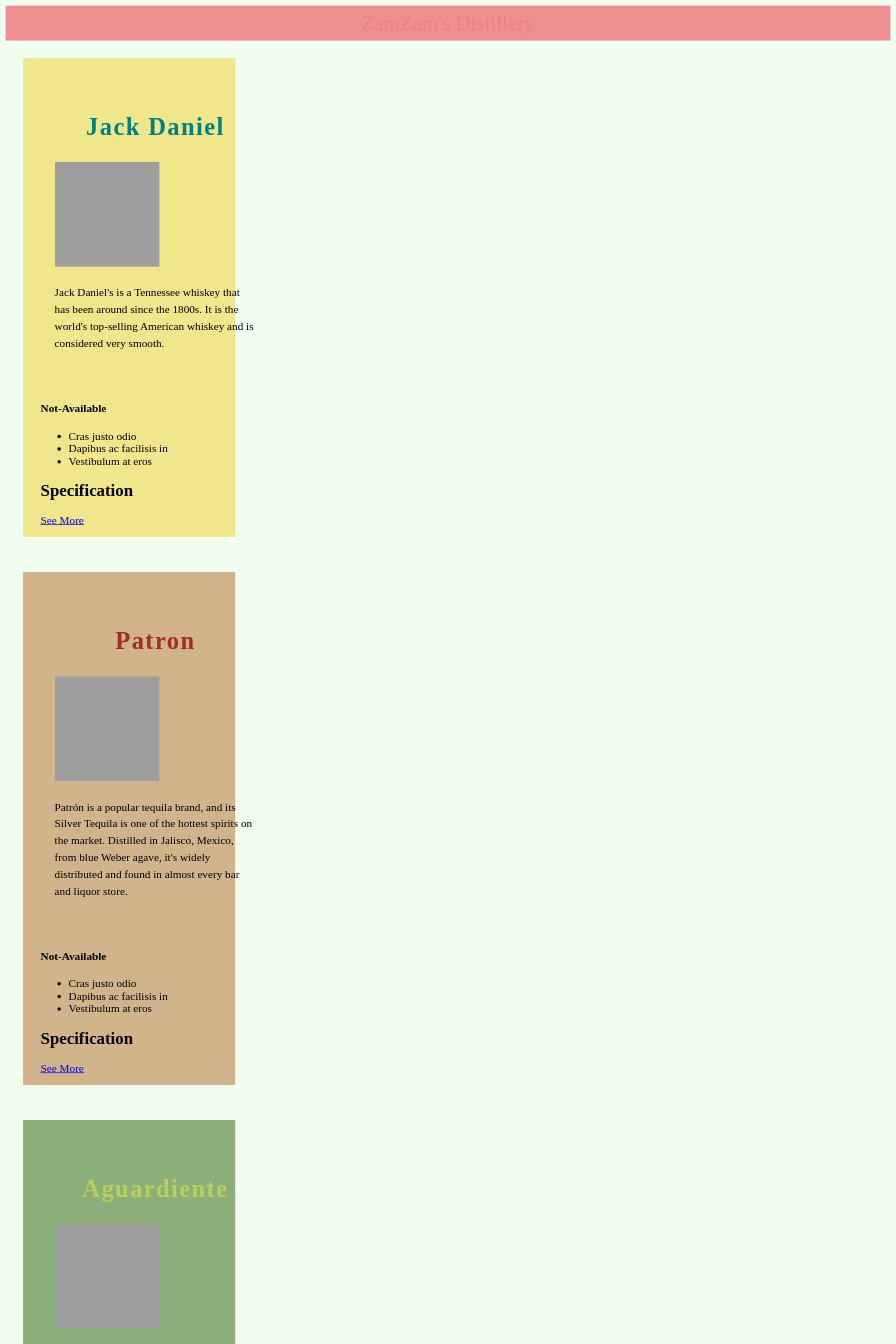
Repository: ZamlZam/REPO-11
Page: product-cards/index.html
These files come from the project's save history. The page is drawn as it stood at one moment and after the next save; the edit follows.
The browser window is 1280 px wide. The pictures show the part of the page from y = 0 to 1920 px (the page is 4002 px tall), at 70% of full size.
Pictures or frames that could not be fetched are drawn as grey boxes.

Above is the page before, as saved 2023-04-14 20:44:23.

### product-cards/index.html
<!DOCTYPE html>
<html lang="en">
<head>
  <meta charset="UTF-8">
  <meta http-equiv="X-UA-Compatible" content="IE=edge">
  <meta name="viewport" content="width=device-width, initial-scale=1.0">
  <title>Document</title>
  <link rel="stylesheet" href="main.css">
</head>
<body>

  <div class ="wrapper">
    <div class="header"> ZamZam's Distillery</div>

  <div class="card-wrap">
    <div class="card-item">
    <div class="card1" style="width: 18rem;">
      <h2 class="whiskey">Jack Daniel</h2>
     <img src="https://www.finewinedelivery.co.nz/content/products/original/16561.jpg?width=1136" height = "150px" width="150px" alt="">
    <div class="card-body">

      <p class="card-text">Jack Daniel's is a Tennessee whiskey that has been around since the 1800s. It is the world's top-selling American whiskey and is considered very smooth.</p>
    </div>
  </div>
    <h4 class="Available">Not-Available</h4>
    <ul class="list-group list-group-flush">
      <li class="list-group-item">Cras justo odio</li>
      <li class="list-group-item">Dapibus ac facilisis in</li>
      <li class="list-group-item">Vestibulum at eros</li>
    </ul>
    <h2 class="specification">Specification</h2>
    <div class="card-body">
      <a href="#" class="btn btn-primary">See More</a>

    </div>
  </div>
  </div>
  </div>

  <div class="card-wrap2">
    <div class="card-item2">
    <div class="card2" style="width: 18rem;">
      <h2 class="tequila">Patron</h2>
     <img src="https://th.bing.com/th/id/OIP.omD1u9-5BvE0kcntTUyq4AHaGJ?pid=ImgDet&rs=1" height = "150px" width="150px" alt="">
    <div class="card-body2">

      <p class="card-text2">Patrón is a popular tequila brand, and its Silver Tequila is one of the hottest spirits on the market. Distilled in Jalisco, Mexico, from blue Weber agave, it's widely distributed and found in almost every bar and liquor store.</p>
    </div>
  </div>
    <h4 class="Available">Not-Available</h4>
    <ul class="list-group list-group-flush">
      <li class="list-group-item">Cras justo odio</li>
      <li class="list-group-item">Dapibus ac facilisis in</li>
      <li class="list-group-item">Vestibulum at eros</li>
    </ul>
    <h2 class="specification">Specification</h2>
    <div class="card-body">
      <a href="#" class="btn btn-primary">See More</a>

    </div>
  </div>
  </div>
</div>

<div class="card-wrap3">
  <div class="card-item3">
  <div class="card3" style="width: 18rem;">
    <h2 class="rum">Aguardiente</h2>
   <img src="https://s.cornershopapp.com/product-images/1050370.jpg?versionId=xuP.iP5MiWyH4wgZVeVdTTerM65pvh4C" height = "150px" width="150px" alt="">
  <div class="card-body3">

    <p class="card-text3">In Colombia, aguardiente is an anise -flavoured liqueur derived from sugar cane, popular in the Andean region. Each department of Colombia holds the rights to produce it, but aguardiente produced in one region can not be sold in another.</p>
  </div>
</div>
  <h4 class="Available">Not-Available</h4>
  <ul class="list-group list-group-flush">
    <li class="list-group-item">Cras justo odio</li>
    <li class="list-group-item">Dapibus ac facilisis in</li>
    <li class="list-group-item">Vestibulum at eros</li>
  </ul>
  <h2 class="specification">Specification</h2>
  <div class="card-body">
    <a href="#" class="btn btn-primary">See More</a>

  </div>
</div>
</div>
</div>

<div class="card-wrap4">
  <div class="card-item4">
  <div class="card4" style="width: 18rem;">
    <h2 class="Vodka">Vodka</h2>
   <img src="https://th.bing.com/th/id/OIP.A0LuDfu3pj8rYBoiSEGyLwHaNo?pid=ImgDet&rs=1" height = "150px" width="150px" alt="">
  <div class="card-body4">

    <p class="card-text4">Grey Goose Vodka is a premium vodka, born of an extraordinary passion for spirit-making. It is created using only the finest French ingredients the highest-grade wheat and pristine limestone-filtered spring water. It is a spirit of uncommon brilliance, unrivaled craftsmanship and signature smoothness and is an excellent choice as a gift.</p>
  </div>
</div>
  <h4 class="Available">Not-Available</h4>
  <ul class="list-group list-group-flush">
    <li class="list-group-item">Cras justo odio</li>
    <li class="list-group-item">Dapibus ac facilisis in</li>
    <li class="list-group-item">Vestibulum at eros</li>
  </ul>
  <h2 class="specification">Specification</h2>
  <div class="card-body">
    <a href="#" class="btn btn-primary">See More</a>

  </div>
</div>
</div>
</div>

<div class="card-wrap5">
  <div class="card-item5">
  <div class="card5" style="width: 18rem;">
    <h2 class="Sake">Sake</h2>
   <img src="https://www.wespeakwine.com/resize/Shared/Images/Product/Ohyama-Tokubetsu-Junmai-Nigori-Big-Mountain-Cloudy-Sake-500ML/ohyama_nigori_bottle.jpg?lr=t&bw=600&bh=600" height = "150px" width="150px" alt="">
  <div class="card-body5">

    <p class="card-text5">Commonly referred to as "unfiltered" sake, nigori literally means "cloudy," and refers to sake that still contains rice solids that have not fermented. Although there are a wide range of nigorizakes available in the US today, most of them tend to be cream</p>
  </div>
</div>
  <h4 class="Available">Not-Available</h4>
  <ul class="list-group list-group-flush">
    <li class="list-group-item">Cras justo odio</li>
    <li class="list-group-item">Dapibus ac facilisis in</li>
    <li class="list-group-item">Vestibulum at eros</li>
  </ul>
  <h2 class="specification">Specification</h2>
  <div class="card-body">
    <a href="#" class="btn btn-primary">See More</a>

  </div>
</div>
</div>
</div>
</body>


</html>

### product-cards/main.css
body{
  background-color:honeydew;
}

.wrapper .header {
  width: 100%;
  height: 50px;
  background: rgb(238, 144, 144);
  color: lightcoral;
  text-align: center;
  align-items: center;
  font-size: 30px;
  display:flex;
  justify-content: center;
  font-weight:500;
}

.card-wrap {
  padding: 25px;

  width: 20%;
  height: 100%;
  display: flex;
  justify-content: space-between;
  flex-wrap: wrap;
}

.card-wrap .card-item {
  padding: 15px 25px;
  width: 100%;
  background-color:khaki;
}

.card-wrap .card1 {
  padding: 35px 20px;
  border-radius: 5px;
  min-width: 225px;
  min-height: 300px;

}

.card-wrap .card1 img{
  margin-bottom: 5px;



}

.card-wrap .card1 .whiskey{
  color:teal;
  font-weight: 900;
  letter-spacing: 2px;
  font-size: 35px;
  white-space: nowrap;
  justify-content: center;
  text-align: center;
  align-items: center;
}

.card-wrap .card1 .card-body{
  font-style: 14px;
  line-height: 24px;
  color:black;
}

/**/

.card-wrap2 {
  padding: 25px;

  width: 20%;
  height: 100%;
  display: flex;
  justify-content: space-between;
  flex-wrap: wrap;
}

.card-wrap2 .card-item2 {
  padding: 15px 25px;
  width: 100%;
  background-color:tan;
}

.card-wrap2 .card2 {
  padding: 35px 20px;
  border-radius: 5px;
  min-width: 225px;
  min-height: 300px;

}

.card-wrap2 .card2 img{
  margin-bottom: 5px;
}

.card-wrap2 .card2 .tequila{
  color:brown;
  font-weight: 900;
  letter-spacing: 2px;
  font-size: 35px;
  white-space: nowrap;
  justify-content: center;
  text-align: center;
  align-items: center;
}

.card-wrap2 .card2 .card-body2{
  font-style: 14px;
  line-height: 24px;
  color:black;
}

/**/

.card-wrap3 {
  padding: 25px;

  width: 20%;
  height: 100%;
  display: flex;
  justify-content: space-between;
  flex-wrap: wrap;
}

.card-wrap3 .card-item3 {
  padding: 15px 25px;
  width: 100%;
  background-color:rgb(140, 175, 124);
}

.card-wrap3 .card3 {
  padding: 35px 20px;
  border-radius: 5px;
  min-width: 225px;
  min-height: 300px;

}

.card-wrap3 .card3 img{
  margin-bottom: 5px;
}

.card-wrap3 .card3 .rum{
  color:rgb(190, 207, 89);
  font-weight: 900;
  letter-spacing: 2px;
  font-size: 35px;
  white-space: nowrap;
  justify-content: center;
  text-align: center;
  align-items: center;
}

.card-wrap3 .card3 .card-body3{
  font-style: 14px;
  line-height: 24px;
  color:black;
}


/**/

.card-wrap4 {
  padding: 25px;

  width: 20%;
  height: 100%;
  display: flex;
  justify-content: space-between;
  flex-wrap: wrap;
}

.card-wrap4 .card-item4 {
  padding: 15px 25px;
  width: 100%;
  background-color:rgb(214, 170, 74);
}

.card-wrap4 .card4 {
  padding: 35px 20px;
  border-radius: 5px;
  min-width: 225px;
  min-height: 300px;

}

.card-wrap4 .card4 img{
  margin-bottom: 5px;
}

.card-wrap4 .card4 .Vodka{
  color:rgb(190, 207, 89);
  font-weight: 900;
  letter-spacing: 2px;
  font-size: 35px;
  white-space: nowrap;
  justify-content: center;
  text-align: center;
  align-items: center;
}

.card-wrap4 .card4 .card-body4{
  font-style: 14px;
  line-height: 24px;
  color:black;
}

/**/

.card-wrap5 {
  padding: 25px;

  width: 20%;
  height: 100%;
  display: flex;
  justify-content: space-between;
  flex-wrap: wrap;
}

.card-wrap5 .card-item5 {
  padding: 15px 25px;
  width: 100%;
  background-color:rgb(59, 130, 172);
}

.card-wrap5 .card5 {
  padding: 35px 20px;
  border-radius: 5px;
  min-width: 225px;
  min-height: 300px;

}

.card-wrap5 .card5 img{
  margin-bottom: 5px;
}

.card-wrap5 .card5 .Sake{
  color:rgb(202, 212, 214);
  font-weight: 900;
  letter-spacing: 2px;
  font-size: 35px;
  white-space: nowrap;
  justify-content: center;
  text-align: center;
  align-items: center;
}

.card-wrap5 .card5 .card-body5{
  font-style: 14px;
  line-height: 24px;
  color:black;
}

After the next save:
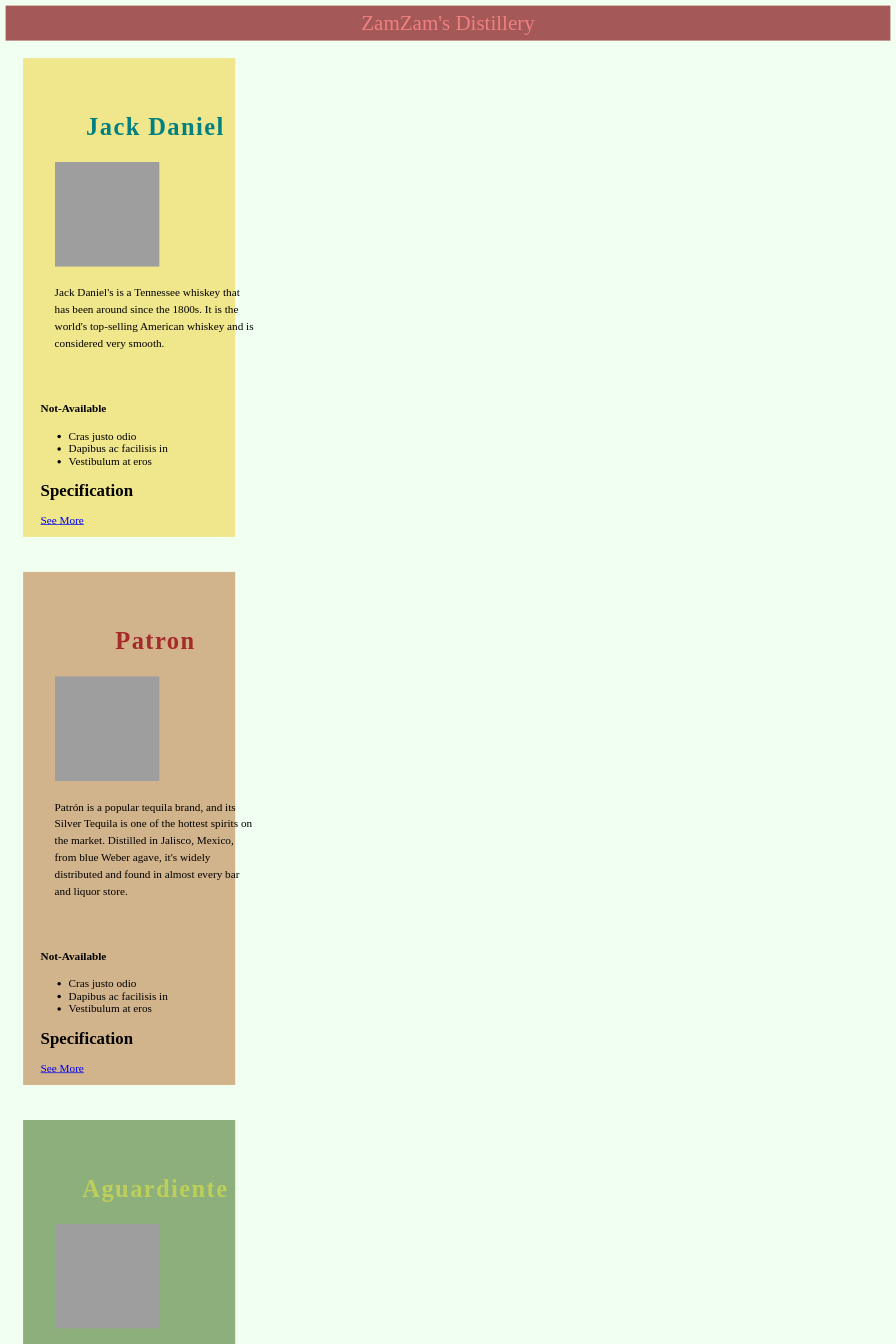
Saved 7 s later.
--- a/product-cards/main.css
+++ b/product-cards/main.css
@@ -5,7 +5,7 @@
 .wrapper .header {
   width: 100%;
   height: 50px;
-  background: rgb(238, 144, 144);
+  background: rgb(165, 88, 88);
   color: lightcoral;
   text-align: center;
   align-items: center;
